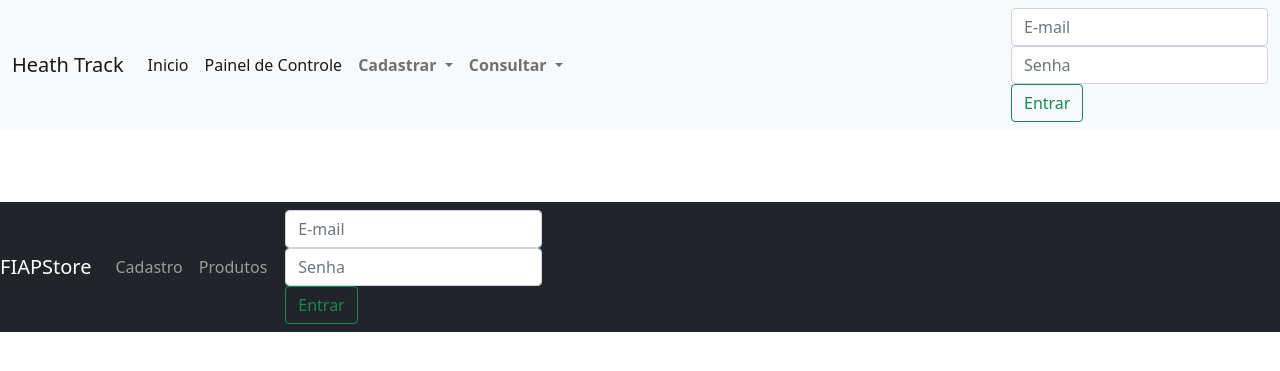
Repository: FellipySantos/HealthTrack_Finalizado
Page: http://localhost/JSPs/login.jsp
An editor plug-in stored every save of this project. The page is shown before and after the next save, followed by the edit.
The browser window is 1280 px wide. The pictures show the whole page.
The page is served by Tomcat 9. Other server files are loaded and not shown.

Above is the page before, as saved 2021-11-22 09:37:07.

### JSP/JSPs/WebContent/login.jsp
<%@ page language="java" contentType="text/html; charset=ISO-8859-1"
    pageEncoding="ISO-8859-1"%>
<!DOCTYPE html PUBLIC "-//W3C//DTD HTML 4.01 Transitional//EN" "http://www.w3.org/TR/html4/loose.dtd">
<html>
<head>
<meta http-equiv="Content-Type" content="text/html; charset=ISO-8859-1">
<title>Health Track</title>
<%@ include file="header.jsp" %>
</head>
<body>
<%@ include file="menu.jsp" %>

<br><br><br>



<nav class="navbar navbar-expand-lg navbar-dark bg-dark">
  <a class="navbar-brand" href="home.jsp">FIAPStore</a>
  <button class="navbar-toggler" type="button" data-toggle="collapse" data-target="#navbarSupportedContent" aria-controls="navbarSupportedContent" aria-expanded="false" aria-label="Toggle navigation">
    <span class="navbar-toggler-icon"></span>
  </button>

  <div class="collapse navbar-collapse" id="navbarSupportedContent">
    <ul class="navbar-nav mr-auto">
      <li class="nav-item">
        <a class="nav-link" href="produto?acao=abrir-form-cadastro">Cadastro</a>
      </li>
      <li class="nav-item">
        <a class="nav-link" href="produto?acao=listar">Produtos</a>
      </li>
    </ul>
	    <span class="navbar-text text-danger" style="margin-right:10px" >
	        ${erro }
	  	</span>
	    <form class="form-inline my-2 my-lg-0" action="login" method="post">
	    	  <input class="form-control mr-sm-2" type="text" name="email" placeholder="E-mail">
	      <input class="form-control mr-sm-2" type="password" name="senha" placeholder="Senha">
	      <button class="btn btn-outline-success my-2 my-sm-0" type="submit">Entrar</button>
	    </form>
  </div>
</nav>


<%@ include file="footer.jsp" %>
</body>
</html>

### JSP/JSPs/WebContent/header.jsp
<%@ page language="java" contentType="text/html; charset=ISO-8859-1"
    pageEncoding="ISO-8859-1"%>
<!DOCTYPE html>
<html>
<head>
<meta charset="ISO-8859-1">

<link rel="stylesheet" type="text/css" href="resources/css/bootstrap.css">
<link rel="stylesheet" type="text/css" href="resources/css/bootstrap-grid.css">
<link rel="stylesheet" type="text/css" href="resources/css/bootstrap-reboot.css">

<script type="text/javascript" src="resources/js/jquery-3.6.0.min.js"></script>
<script type="text/javascript" src="resources/js/popper.min.js"></script>
<script type="text/javascript" src="resources/js/bootstrap.min.js"></script>
<script type="text/javascript" src="resources/js/bootstrap.min.js"></script>

<script src="https://stackpath.bootstrapcdn.com/bootstrap/4.3.1/js/bootstrap.min.js" integrity="sha384-JjSmVgyd0p3pXB1rRibZUAYoIIy6OrQ6VrjIEaFf/nJGzIxFDsf4x0xIM+B07jRM" crossorigin="anonymous"></script>


</head>






<body>



</body>



</html>

### JSP/JSPs/WebContent/menu.jsp

   <nav class="navbar navbar-expand-lg navbar-light bg-light">
        <div class="container-fluid">
          <a class="navbar-brand" href="index.jsp">Heath Track</a>
          <button class="navbar-toggler" type="button" data-bs-toggle="collapse" data-bs-target="#navbarSupportedContent" aria-controls="navbarSupportedContent" aria-expanded="false" aria-label="Toggle navigation">
            <span class="navbar-toggler-icon"></span>
          </button>
          <div class="collapse navbar-collapse" id="navbarSupportedContent">
            <ul class="navbar-nav me-auto mb-2 mb-lg-0">
              <li class="nav-item">
                <a class="nav-link active" aria-current="page" href="index.jsp">Inicio</a>
              </li>
              <li class="nav-item">
                <a class="nav-link active" aria-current="page" href="painel.jsp">Painel de Controle</a>
              </li>
              <li class="nav-item dropdown">
                <a class="nav-link dropdown-toggle" href="#" id="navbarDropdown" role="button" data-bs-toggle="dropdown" aria-expanded="false">
                  <b>Cadastrar</b>
                </a>
                <ul class="dropdown-menu" aria-labelledby="navbarDropdown">
                  <li><a class="dropdown-item" href="cadastro-dieta.jsp">Dieta</a></li>
                  <li><a class="dropdown-item" href="cadastro-pressao.jsp">Pressão</a></li>
                  <li><a class="dropdown-item" href="cadastro-treino.jsp">Treino</a></li>
                  <li><a class="dropdown-item" href="cadastro-imc.jsp">Imc</a></li>
                   <li><hr class="dropdown-divider"></li>
                  <li><a class="dropdown-item" href="cadastro-atleta.jsp">Atleta</a></li>
                  <li><a class="dropdown-item" href="cadastro-nutri.jsp">Nutricionista</a></li>
                  <li><a class="dropdown-item" href="cadastro-treinador.jsp">Treinador</a></li>
                </ul>
              </li>

                 <li class="nav-item dropdown">
                <a class="nav-link dropdown-toggle" href="#" id="navbarDropdown" role="button" data-bs-toggle="dropdown" aria-expanded="false">
                  <b>Consultar</b>
                </a>
                <ul class="dropdown-menu" aria-labelledby="navbarDropdown">
                  <li><a class="dropdown-item" href="dieta?acao=listar">Dieta</a></li>
                  <li><a class="dropdown-item" href="pressao?acao=listar">Pressão</a></li>
                  <li><a class="dropdown-item" href="treino?acao=listar">Treino</a></li>
                  <li><a class="dropdown-item" href="imc?acao=listar">Imc</a></li>
                  <li><hr class="dropdown-divider"></li>
                  <li><a class="dropdown-item" href="atleta?acao=listar">Atleta</a></li>
                  <li><a class="dropdown-item" href="nutri?acao=listar">Nutricionista</a></li>
                  <li><a class="dropdown-item" href="treinador?acao=listar">Treinador</a></li>
                </ul>
              </li>


            </ul>

 <span class="navbar-text text-danger" style="margin-right:10px" >
	        ${erro }
	  	</span>
	    <form class="form-inline my-2 my-lg-0" action="login" method="post">
	    	  <input class="form-control mr-sm-2" type="text" name="email" placeholder="E-mail">
	      <input class="form-control mr-sm-2" type="password" name="senha" placeholder="Senha">
	      <button class="btn btn-outline-success my-2 my-sm-0" type="submit">Entrar</button>
	    </form>
  </div>
</nav>

### JSP/JSPs/WebContent/footer.jsp
<%@ page language="java" contentType="text/html; charset=ISO-8859-1"
    pageEncoding="ISO-8859-1"%>
<!DOCTYPE html>
<html>
<head>
<meta charset="ISO-8859-1">

<script type="text/javascript" src="resources/js/jquery-3.6.0.min.js"></script>
<script type="text/javascript" src="resources/js/bootstrap.min.js"></script>

</head>





<body>


</body>
</html>

Loaded but not shown: JSP/JSPs/WebContent/resources/css/bootstrap.css (library); JSP/JSPs/WebContent/resources/css/bootstrap-grid.css (library); JSP/JSPs/WebContent/resources/css/bootstrap-reboot.css (library); JSP/JSPs/WebContent/resources/js/jquery-3.6.0.min.js (library); JSP/JSPs/WebContent/resources/js/popper.min.js (library); JSP/JSPs/WebContent/resources/js/bootstrap.min.js (library)

After the next save:
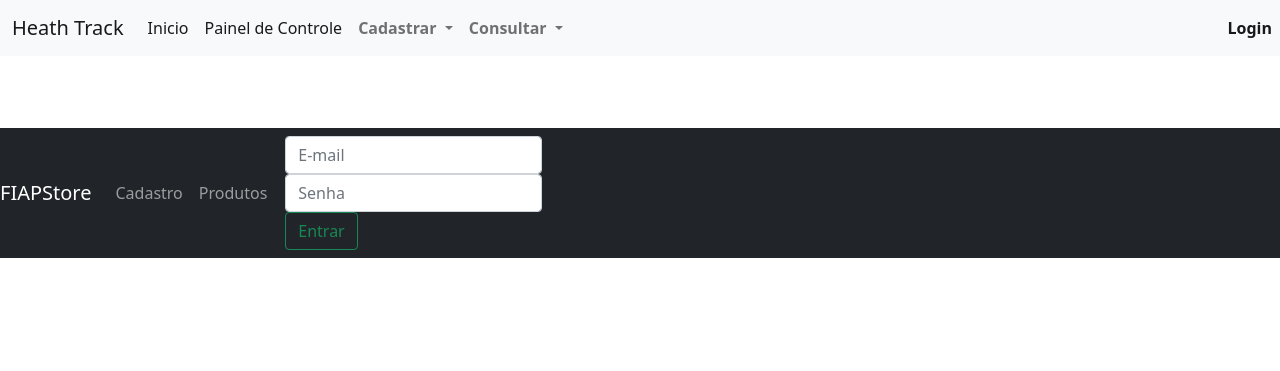
Saved 12 s later.
--- a/JSP/JSPs/WebContent/menu.jsp
+++ b/JSP/JSPs/WebContent/menu.jsp
@@ -48,13 +48,17 @@
 
             </ul>
 
- <span class="navbar-text text-danger" style="margin-right:10px" >
-	        ${erro }
-	  	</span>
-	    <form class="form-inline my-2 my-lg-0" action="login" method="post">
-	    	  <input class="form-control mr-sm-2" type="text" name="email" placeholder="E-mail">
-	      <input class="form-control mr-sm-2" type="password" name="senha" placeholder="Senha">
-	      <button class="btn btn-outline-success my-2 my-sm-0" type="submit">Entrar</button>
-	    </form>
-  </div>
-</nav>
+          </div>
+
+        </div>
+        <div class="collapse navbar-collapse" id="navbarSupportedContent">
+          <ul class="navbar-nav me-auto mb-2 mb-lg-0">
+            <li class="nav-item">
+              <b><a class="nav-link active" aria-current="page" href="login.jsp">Login</a></b>
+            </li>
+            </ul>
+            </div>
+
+
+
+      </nav>

After the save that followed:
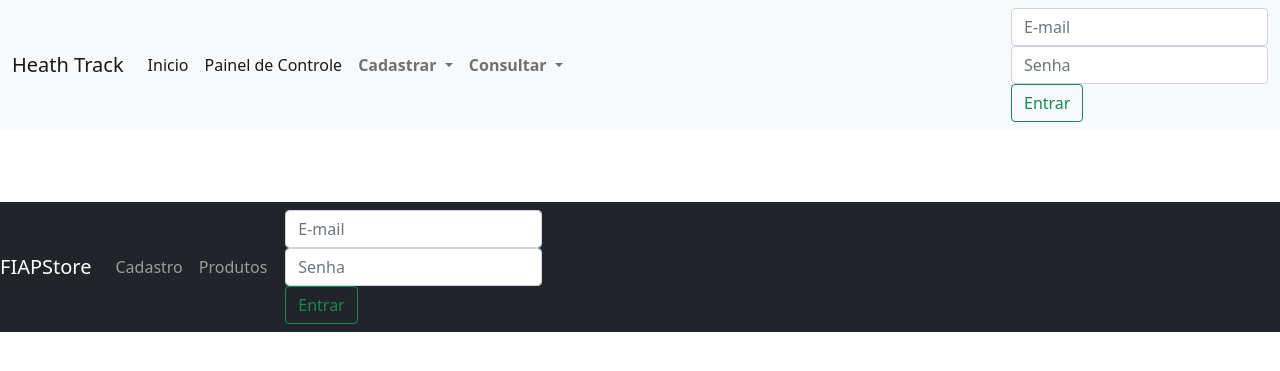
Saved 87 s later.
--- a/JSP/JSPs/WebContent/menu.jsp
+++ b/JSP/JSPs/WebContent/menu.jsp
@@ -48,16 +48,16 @@
 
             </ul>
 
-          </div>
+	    <span class="navbar-text text-danger" >
+	        ${erro }
+	  	</span>
+	    <form class="form-inline my-2 my-lg-0" action="login" method="post">
+	    	  <input class="form-control mr-sm-2" type="text" name="email" placeholder="E-mail">
+	      <input class="form-control mr-sm-2" type="password" name="senha" placeholder="Senha">
+	      <button class="btn btn-outline-success my-2 my-sm-0" type="submit">Entrar</button>
+	    </form>
 
-        </div>
-        <div class="collapse navbar-collapse" id="navbarSupportedContent">
-          <ul class="navbar-nav me-auto mb-2 mb-lg-0">
-            <li class="nav-item">
-              <b><a class="nav-link active" aria-current="page" href="login.jsp">Login</a></b>
-            </li>
-            </ul>
-            </div>
+	      </div>
 
 
 
